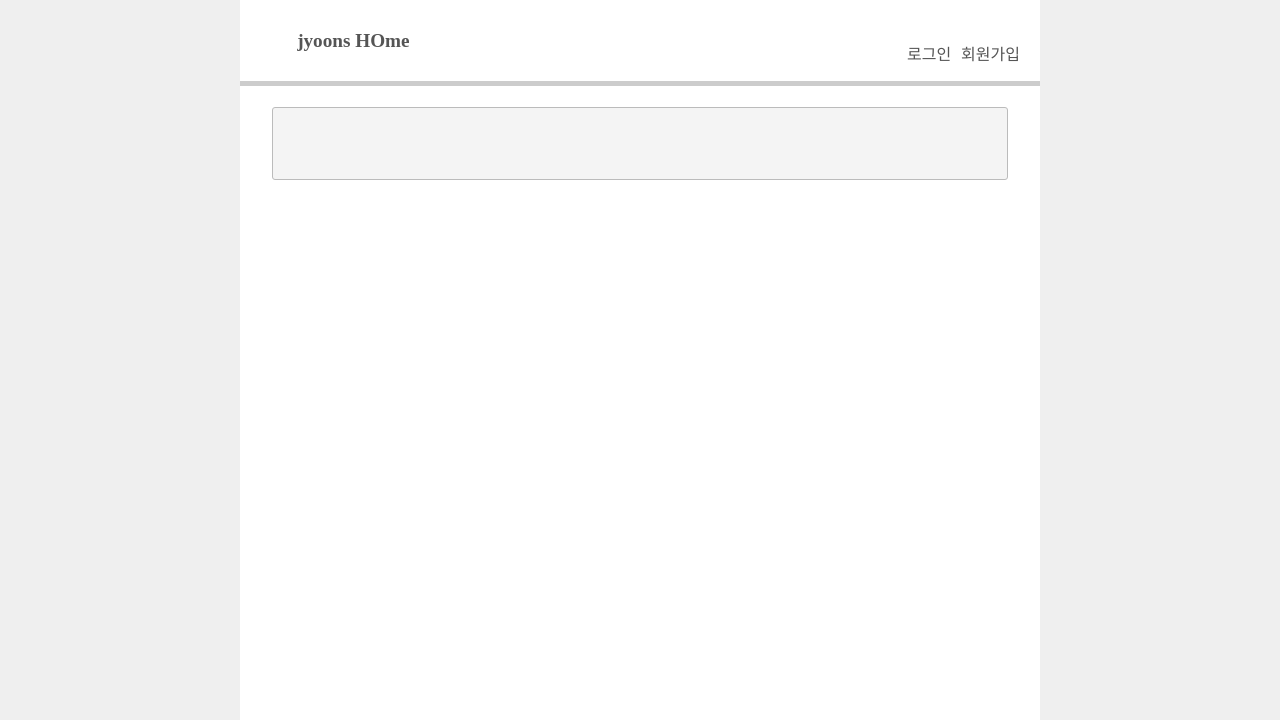
Repository: jyoons00/JSP-sample
Page: http://localhost/jspPro/days03/ex01_ok.jsp
The author's editor kept a copy of each file at every save. The page is drawn from the files as they stood at one save, then again after the next save.
The browser window is 1280 px wide. The pictures show the whole page.
Some web fonts or font styles are not loaded; a fallback is used. The page is served by Tomcat 9.

Above is the page before, as saved 2024-10-17 01:15:48.

After the next save:
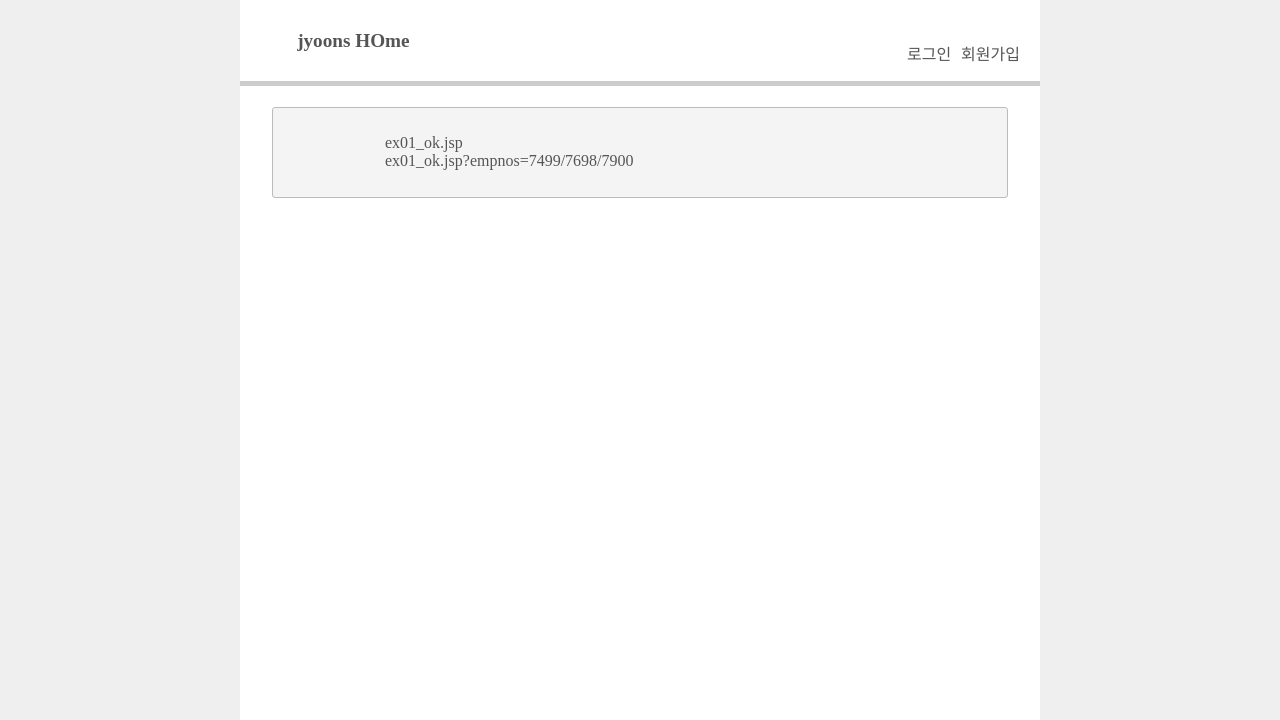
Saved 43 s later.
--- a/jspPro/src/main/webapp/days03/ex01_ok.jsp
+++ b/jspPro/src/main/webapp/days03/ex01_ok.jsp
@@ -34,7 +34,8 @@
     </header>
     <div>
       <xmp class="code">
-
+   			ex01_ok.jsp
+   			ex01_ok.jsp?empnos=7499/7698/7900
   	  </xmp>
     </div>
 
